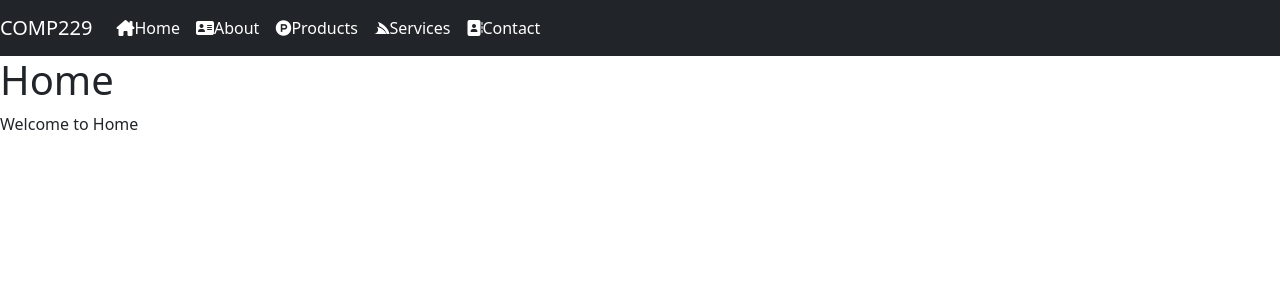
Repository: BlessingAjiboye/WEEK52023W
Page: http://localhost/
An editor plug-in stored every save of this project. The page is shown before and after the next save, followed by the edit.
The browser window is 1280 px wide. The pictures show the whole page.
The page is served by the project's Node server (server.js). Other server files are loaded and not shown.

Above is the page before, as saved 2023-01-26 11:31:59.

### views/index.ejs
<!DOCTYPE html>
<html lang="en">
<head>
  <meta charset="UTF-8">
  <meta http-equiv="X-UA-Compatible" content="IE=edge">
  <meta name="viewport" content="width=device-width, initial-scale=1.0">
  <title><%= title %></title>
  <!--css section-->
  <link rel="stylesheet" href="/bootstrap/dist/css/bootstrap.min.css"/>
  <link rel="stylesheet" href="/@fortawesome/fontawesome-free/css/all.min.css"/>

  <link rel='stylesheet' href='/Content/app.css' />
</head>
<body>
  <!--Main Nav Navigation-->
  <nav class="navbar navbar-expand-lg navbar-dark bg-dark">
  <!--<div class="container-fluid">-->
    <a class="navbar-brand" href="#">COMP229</a>
    <button class="navbar-toggler" type="button" data-toggle="collapse" data-target="#navbarSupportedContent" aria-controls="navbarSupportedContent" aria-expanded="false" aria-label="Toggle navigation">
      <span class="navbar-toggler-icon"></span>
    </button>
    <div class="collapse navbar-collapse" id="navbarSupportedContent">
      <ul class="navbar-nav ml-auto">
        <% if(title=="Home"){%>
        <li class="nav-item active">
          <%}else{%>
            <li class="nav-item">
              <%}%>
          <a class="nav-link active" aria-current="page" href="/home"><i class="fa-solid fa-house-chimney"></i>Home</a>
        </li>
        <% if(title=="Home"){%>
        <li class="nav-item active">
          <%}else{%>
            <li class="nav-item">
              <%}%>
          <a class="nav-link active" aria-current="page" href="/about"><i class="fa-solid fa-address-card"></i>About</a>
        </li>
        <% if(title=="Home"){%>
        <li class="nav-item active">
           <%}else{%>
            <li class="nav-item">
              <%}%>
          <a class="nav-link active" aria-current="page" href="/products"><i class="fa-brands fa-product-hunt"></i>Products</a>
        </li>
        <% if(title=="Home"){%>
        <li class="nav-item active">
          <%}else{%>
            <li class="nav-item">
              <%}%>
          <a class="nav-link active" aria-current="page" href="/services"><i class="fa-brands fa-servicestack"></i>Services</a>
        </li>
        <% if(title=="Home"){%>
        <li class="nav-item active">
           <%}else{%>
            <li class="nav-item">
              <%}%>
          <a class="nav-link active" aria-current="page" href="/contact"><i class="fa-solid fa-address-book"></i>Contact</a>
        </li>


    <!--</div>-->
  </div>
</nav>
<main class="container">
  <div class="jumbotron">

    </div>
  </main>
   <h1><%= title %></h1>
   <p>Welcome to <%= title %></p>
   <!--Script section-->
   <script src="/jquery/dist/jquery.min.js"></script>
   <script src="/bootstrap/dist/js/bootstrap.min.js"></script>
    <script src="/Scripts/app.js"></script>

</body>
</html>

### server.js
#!/usr/bin/env node

/**
 * Module dependencies.
 */

var app = require('./app');
var debug = require('debug')('week3:server');
var http = require('http');

/**
 * Get port from environment and store in Express.
 */

var port = normalizePort(process.env.PORT || '3000');
app.set('port', port);

/**
 * Create HTTP server.
 */

var server = http.createServer(app);

/**
 * Listen on provided port, on all network interfaces.
 */

server.listen(port);
server.on('error', onError);
server.on('listening', onListening);

/**
 * Normalize a port into a number, string, or false.
 */

function normalizePort(val) {
  var port = parseInt(val, 10);

  if (isNaN(port)) {
    // named pipe
    return val;
  }

  if (port >= 0) {
    // port number
    return port;
  }

  return false;
}

/**
 * Event listener for HTTP server "error" event.
 */

function onError(error) {
  if (error.syscall !== 'listen') {
    throw error;
  }

  var bind = typeof port === 'string'
    ? 'Pipe ' + port
    : 'Port ' + port;

  // handle specific listen errors with friendly messages
  switch (error.code) {
    case 'EACCES':
      console.error(bind + ' requires elevated privileges');
      process.exit(1);
      break;
    case 'EADDRINUSE':
      console.error(bind + ' is already in use');
      process.exit(1);
      break;
    default:
      throw error;
  }
}

/**
 * Event listener for HTTP server "listening" event.
 */

function onListening() {
  var addr = server.address();
  var bind = typeof addr === 'string'
    ? 'pipe ' + addr
    : 'port ' + addr.port;
  debug('Listening on ' + bind);
}

### routes/index.js
var express = require('express');
var router = express.Router();

/* GET home page. */
router.get('/', function(req, res, next) {
  res.render('index', { title: 'Home' });
});

router.get('/about', function(req, res, next) {
  res.render('index', { title: 'About' });
});
router.get('/products', function(req, res, next) {
  res.render('index', { title: 'Products' });
});
router.get('/contact', function(req, res, next) {
  res.render('index', { title: 'Contact' });
});
router.get('/services', function(req, res, next) {
  res.render('index', { title: 'Services' });
});

module.exports = router;

### app.js
let createError = require('http-errors');
let express = require('express');
let path = require('path');
let cookieParser = require('cookie-parser');
let logger = require('morgan');

let indexRouter = require('./routes/index');
let usersRouter = require('./routes/users');

let app = express();

// view engine setup
app.set('views', path.join(__dirname, 'views'));
app.set('view engine', 'ejs');

app.use(logger('dev'));
app.use(express.json());
app.use(express.urlencoded({ extended: false }));
app.use(cookieParser());
app.use(express.static(path.join(__dirname, 'public')));
app.use(express.static(path.join(__dirname, 'node_modules')));

app.use('/', indexRouter);
app.use('/users', usersRouter);

// catch 404 and forward to error handler
app.use(function(req, res, next) {
  next(createError(404));
});

// error handler
app.use(function(err, req, res, next) {
  // set locals, only providing error in development
  res.locals.message = err.message;
  res.locals.error = req.app.get('env') === 'development' ? err : {};

  // render the error page
  res.status(err.status || 500);
  res.render('error');
});

module.exports = app;

### public/Content/app.css

/*Custom css goes here*/

### public/Scripts/app.js
(function () {
    function start() {
        console.log("App Started...");
    }
    window.addEventListener("load", start);
})();

After the next save:
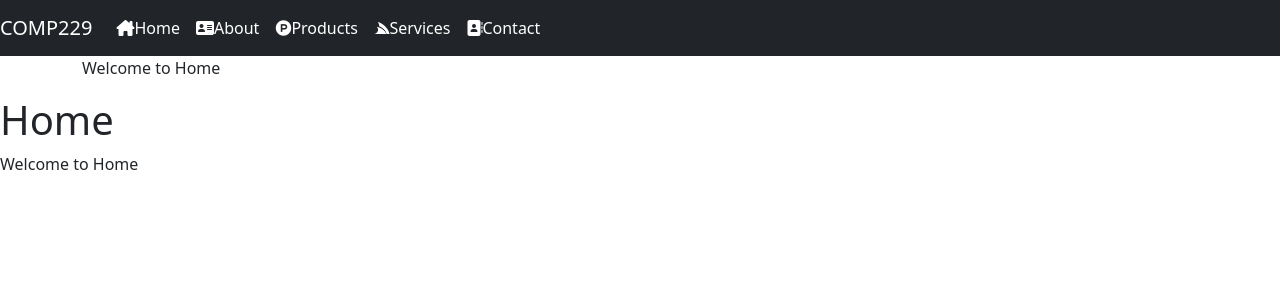
Saved 31 s later.
--- a/views/index.ejs
+++ b/views/index.ejs
@@ -63,7 +63,7 @@
 </nav>
 <main class="container">
   <div class="jumbotron">
-
+    <p>Welcome to <%= title %></p>
     </div>
   </main>
    <h1><%= title %></h1>
